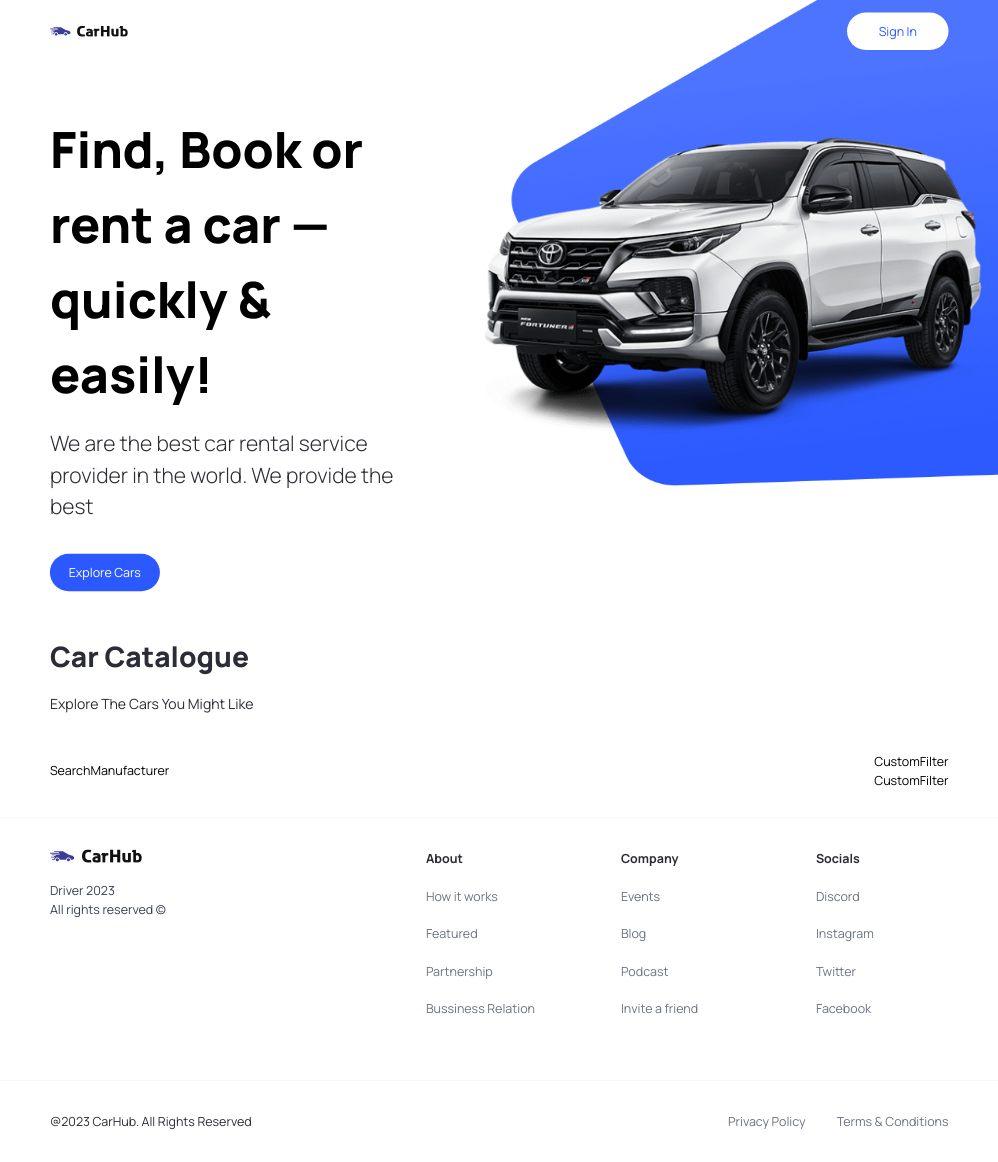
Repository: MikeeBuilds/driver
Page: /
An editor plug-in stored every save of this project. The page is shown before and after a run of saves, followed by the edit.
The browser window is 1280 px wide. The pictures show the whole page, at 78% of full size.
The project was rebuilt for these pictures with package versions that can differ from the ones it lists, and the page was loaded fresh each time. The framework's server and built-in components were replaced by stand-ins that run in the browser. Also part of the build but not shown: next.config.js.

Above is the page before, as saved 2023-06-24 11:16:00.

After the next 3 saves:
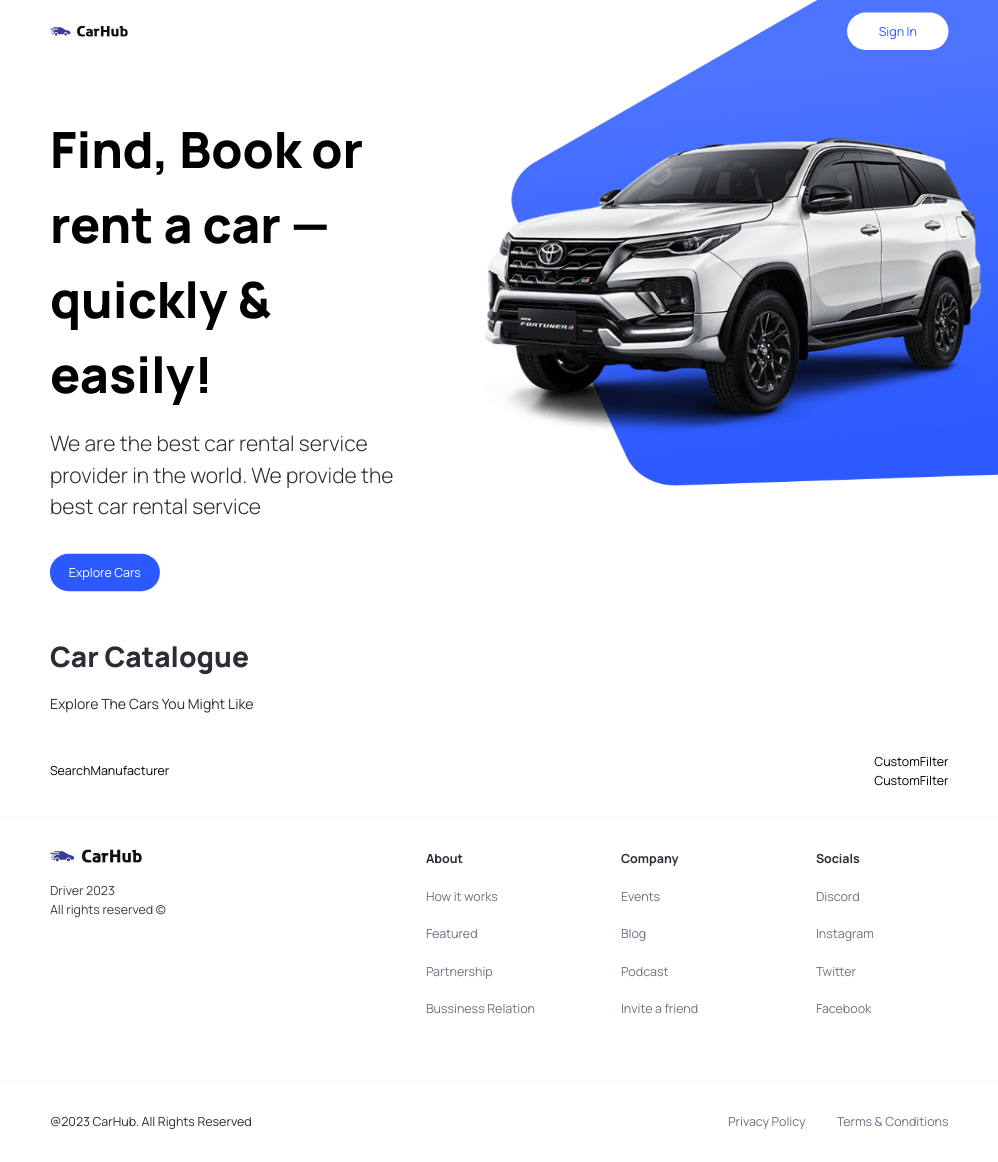
The 3 saves are shown as one change because they came seconds apart.
The last was saved 10 s later.
--- a/components/Hero.tsx
+++ b/components/Hero.tsx
@@ -17,7 +17,7 @@
             </h1>
 
             <p className='hero__subtitle'>
-                We are the best car rental service provider in the world. We provide the best
+                We are the best car rental service provider in the world. We provide the best car rental service
             </p>
 
             <CustomButton
